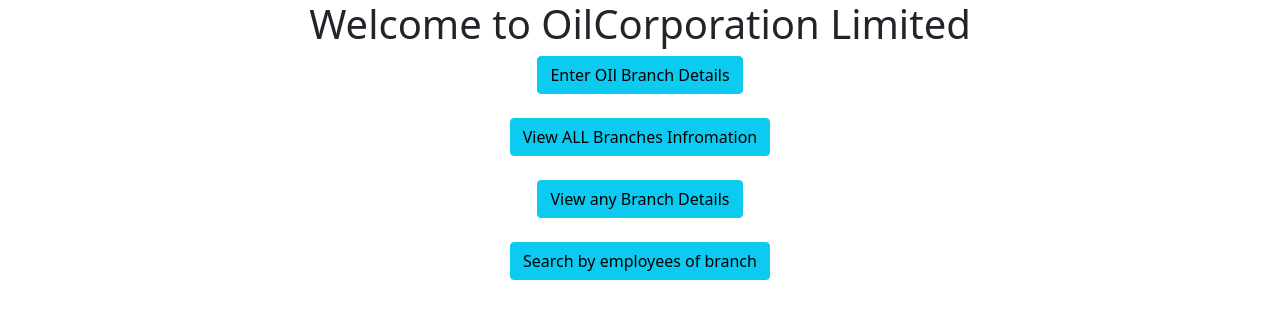
Repository: veerrajuMareddi/demo
Page: http://localhost/OilCorporation/views/index.jsp
The author's editor kept a copy of each file at every save. The page is drawn from the files as they stood at one save, then again after the next save.
The browser window is 1280 px wide. The pictures show the whole page.
The page is served by Tomcat 9. Other server files are loaded and not shown.

Above is the page before, as saved 2022-05-03 06:29:39.

### OilCorporation/src/main/webapp/views/index.jsp
<%@ page language="java" contentType="text/html; charset=ISO-8859-1"
    pageEncoding="ISO-8859-1"%>
<!DOCTYPE html>
<html>
<head>
<link
	href="https://cdn.jsdelivr.net/npm/bootstrap@5.1.3/dist/css/bootstrap.min.css"
	rel="stylesheet"
	integrity="sha384-1BmE4kWBq78iYhFldvKuhfTAU6auU8tT94WrHftjDbrCEXSU1oBoqyl2QvZ6jIW3"
	crossorigin="anonymous">
<script
	src="https://cdn.jsdelivr.net/npm/bootstrap@5.1.3/dist/js/bootstrap.bundle.min.js"
	integrity="sha384-ka7Sk0Gln4gmtz2MlQnikT1wXgYsOg+OMhuP+IlRH9sENBO0LRn5q+8nbTov4+1p"
	crossorigin="anonymous"></script>
<meta charset="ISO-8859-1">
<title>Home</title>
</head>
<body>
<center>
<h1>Welcome to OilCorporation Limited</h1>
<a class="btn btn-info" href="/src/callsave">Enter OIl Branch Details</a>
<br>
<br>
<a class="btn btn-info" href="/src/get">View ALL Branches Infromation</a>
<br>
<br>
<a class="btn btn-info" href="/src/id">View any Branch Details</a>
<br>
<br>
<a class="btn btn-info" href="/src/cid">Search by employees of branch</a>
</center>
</body>
</html>

After the next save:
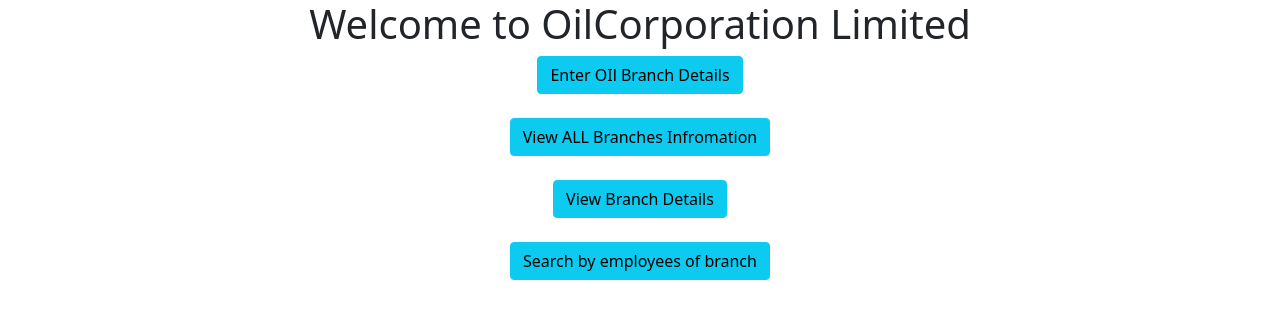
Saved 66 s later.
--- a/OilCorporation/src/main/webapp/views/index.jsp
+++ b/OilCorporation/src/main/webapp/views/index.jsp
@@ -24,10 +24,10 @@
 <a class="btn btn-info" href="/src/get">View ALL Branches Infromation</a>
 <br>
 <br>
-<a class="btn btn-info" href="/src/id">View any Branch Details</a>
+<a class="btn btn-info" href="/src/child">View  Branch Details</a>
 <br>
 <br>
-<a class="btn btn-info" href="/src/cid">Search by employees of branch</a>
+<a class="btn btn-info" href="/src/parent">Search by employees of branch</a>
 </center>
 </body>
 </html>
